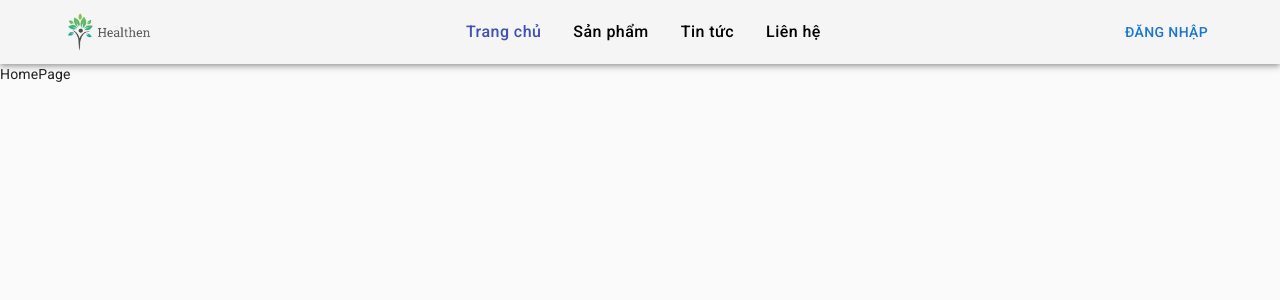
Repository: ndtrung341/Bao_Cao_PTW
Page: / (app in client/)
The author's editor kept a copy of each file at every save. The page is drawn from the files as they stood at one save, then again after the next save.
The browser window is 1280 px wide. The pictures show the whole page.
The project was rebuilt for these pictures with package versions that can differ from the ones it lists, and the page was loaded fresh each time. Also part of the build but not shown: client/src/App.css, client/src/features/cart/index.jsx.

Above is the page before, as saved 2022-03-24 15:03:05.

After the next save:
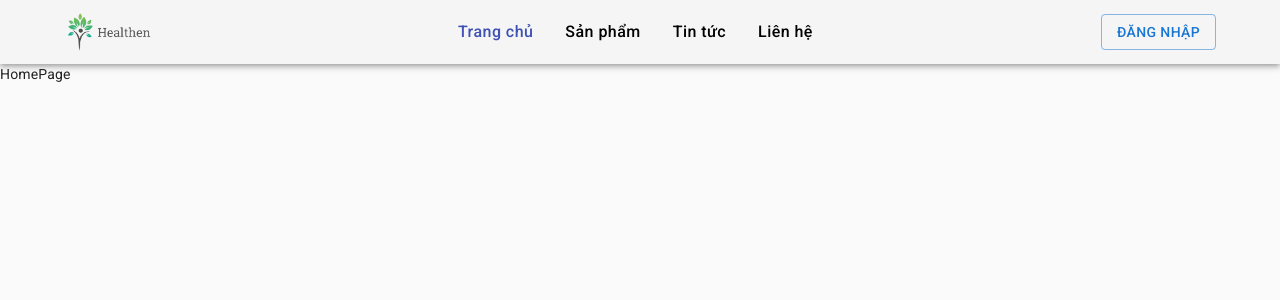
Saved 17 s later.
--- a/client/src/components/Header/HeaderRight.jsx
+++ b/client/src/components/Header/HeaderRight.jsx
@@ -27,7 +27,7 @@
 
    if (!isLoggedIn) {
       return (
-         <Button variant='text' size='medium'>
+         <Button variant='outlined' size='medium'>
             Đăng nhập
          </Button>
       );
